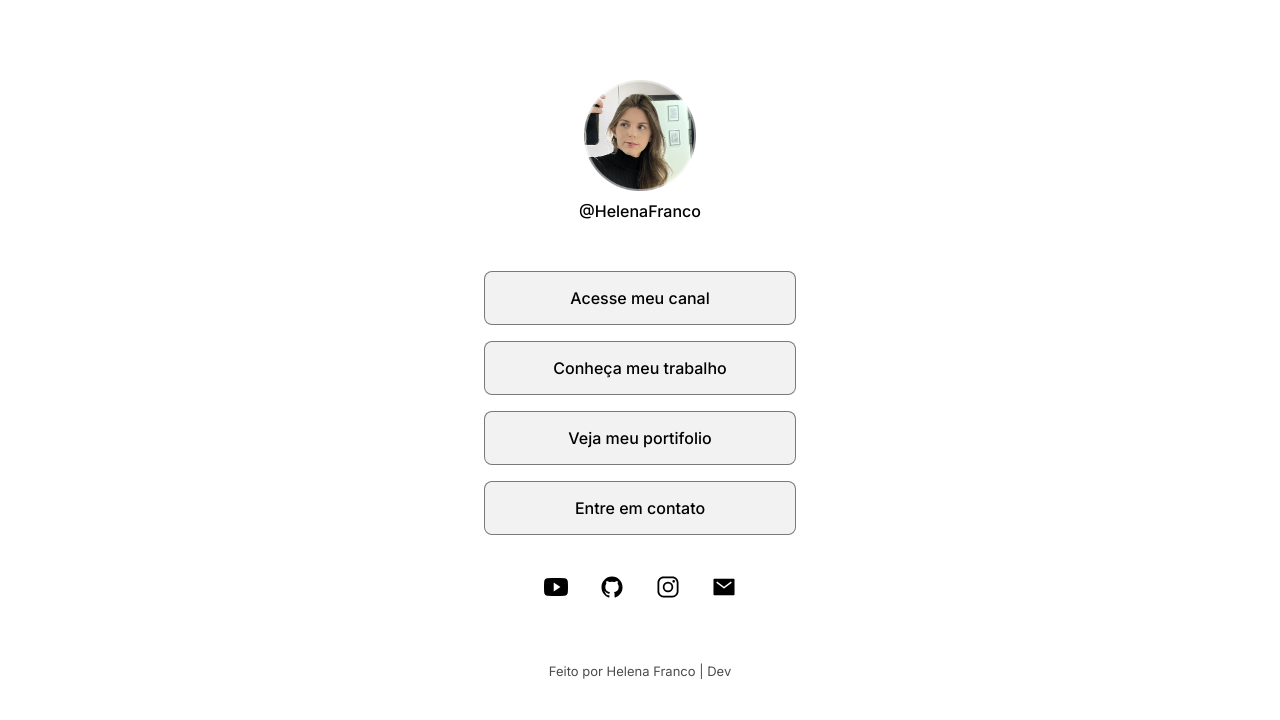
Repository: Fr4nc021/Pagina-de-links-
Page: index.html
An editor plug-in stored every save of this project. The page is shown before and after the next save, followed by the edit.
The browser window is 1280 px wide. The pictures show the whole page.

Above is the page before, as saved 2025-02-13 22:04:31.

### index.html
<!DOCTYPE html>
<html lang="pt-br" class="light">
<head>
    <link rel="preconnect" href="https://fonts.googleapis.com">
    <link rel="preconnect" href="https://fonts.gstatic.com" crossorigin
    >
    <link
    href="https://fonts.googleapis.com/css2?family=Inter:ital,opsz,wght@0,14..32,100..900;1,14..32,100..900&display=swap" rel="stylesheet">


    <meta charset="UTF-8">
    <meta name="viewport" content="width=device-width, initial-scale=1.0">
    <title>DevLinks</title>
    <link rel="stylesheet" href="style.css">
</head>
<body>
    <div id="container">
    <div id="profile">
    <img
        src="./assets/avatar.png"
        alt="Foto da Helena Franco sorrindo">
        <p>@HelenaFranco</p>
    </div>
    <div>
        <ul>
            <li>
                <a href="#" target="_blank">Acesse meu canal</a>
            </li>
            <li>
                <a href="#" target="_blank">Conheça meu trabalho</a>
            </li>
            <li>
                <a href="#" target="_blank">Veja meu portifolio</a>
            </li>
            <li>
                <a href="#" target="_blank">Entre em contato</a>
            </li>
        </ul>
    </div>
        <div id="social-links">
            <a href="https://www.youtube.com/@FR4NC021" target="_blank">
            <ion-icon name="logo-youtube"></ion-icon></a>

            <a href="https://github.com/Fr4nc021" target="_blank">
            <ion-icon name="logo-github"></ion-icon></a>

            <a href="https://www.instagram.com/h.franco__/" target="_blank">
            <ion-icon name="logo-instagram"></ion-icon></a>

            <a href="https://w.app/doczx7" target="_blank">
            <ion-icon name="mail-sharp"></ion-icon></a>
        </div>

        <footer>
            Feito por Helena Franco | Dev
        </footer>
    </div>
    <script
    type="module"
    src="https://unpkg.com/ionicons@7.1.0/dist/ionicons/ionicons.esm.js" ></script>
<script
nomodule
src = "https://unpkg.com/ionicons@7.1.0/dist/ionicons/ionicons.js" ></script>
</body>
</html>

### style.css
* {
    margin: 0%;
    padding: 0%;
    box-sizing: border-box;
}

:root {
    --text-color: white;
    --bg-url: url(./assets/bg-mobile.jpg);
    --strock-color: rgba(255, 255, 255, 0.5);
    --surface-color: rgba(255, 255, 255, 0.1);
    --surface-color-hover: rgba(0, 0, 0, 0.02);
    --highlight-color: rgba(255, 255, 255, 0.2);
}

.light {
    --text-color: black;
    --bg-url: url(./assets/bg-mobile-light.jpg);
    --strock-color: rgba(0, 0, 0, 0.5);
    --surface-color: rgba(0, 0, 0, 0.05);
    --surface-color-hover: rgba(0, 0, 0, 0.02);
    --highlight-color: rgba(0, 0, 0, 0.1);


}

body {
background: --var(--bg-url) no-repeat top center/cover;
color: var(--text-color);
}

body * {
        font-family: "Inter", sans-serif;
        color: var(--text-color);
    }

#container {
    width: 360px;
    margin: 56px auto 0px;
    padding: 0 24px;
}

#profile img {
    width: 112px;
    display: block;
    margin: auto;

}

#profile {
    text-align: center;
    padding: 24px;
}

#profile p {
    font-weight: 500;
    line-height: 24px;
    margin-top: 8px;
}

/* Links */

ul{
    list-style: none;
    display: flex;
    flex-direction: column;
    gap: 16px;

    padding: 24px 0;
}

ul li a {

        display: flex;
        align-items: center;
        justify-content: center;

        padding: 16px 24px;

        background: var(--surface-color);
        border: 1px solid var(--strock-color);
        border-radius: 8px;

        -webkit-backdrop-filter: blur(4px);
        backdrop-filter: blur(4px);

        text-decoration: none;
        font-weight: 500;

        transition: background 0.2s;
    }

    /* pseudo-selector */

    ul li a:hover {
        background: var(--surface-color-hover);
        border: 1.5px solid var(--text-color);
    }

    #social-links {
        display: flex;
        justify-content: center;

        margin-top: 24px 0;

        font-size:24px;
    }

    #social-links a {
        display: flex;
        align-items: center;
        justify-content: center;
        padding: 16px;

        transition: 0.2s;
        border-radius: 50%;
    }


    #social-links a:hover {
        background:--var(--highlight-color);
    }

    footer {
        padding: 24px;
        text-align: center;
        margin-top: 24px;
        font-size: small;
        opacity: 0.7;

    }

After the next save:
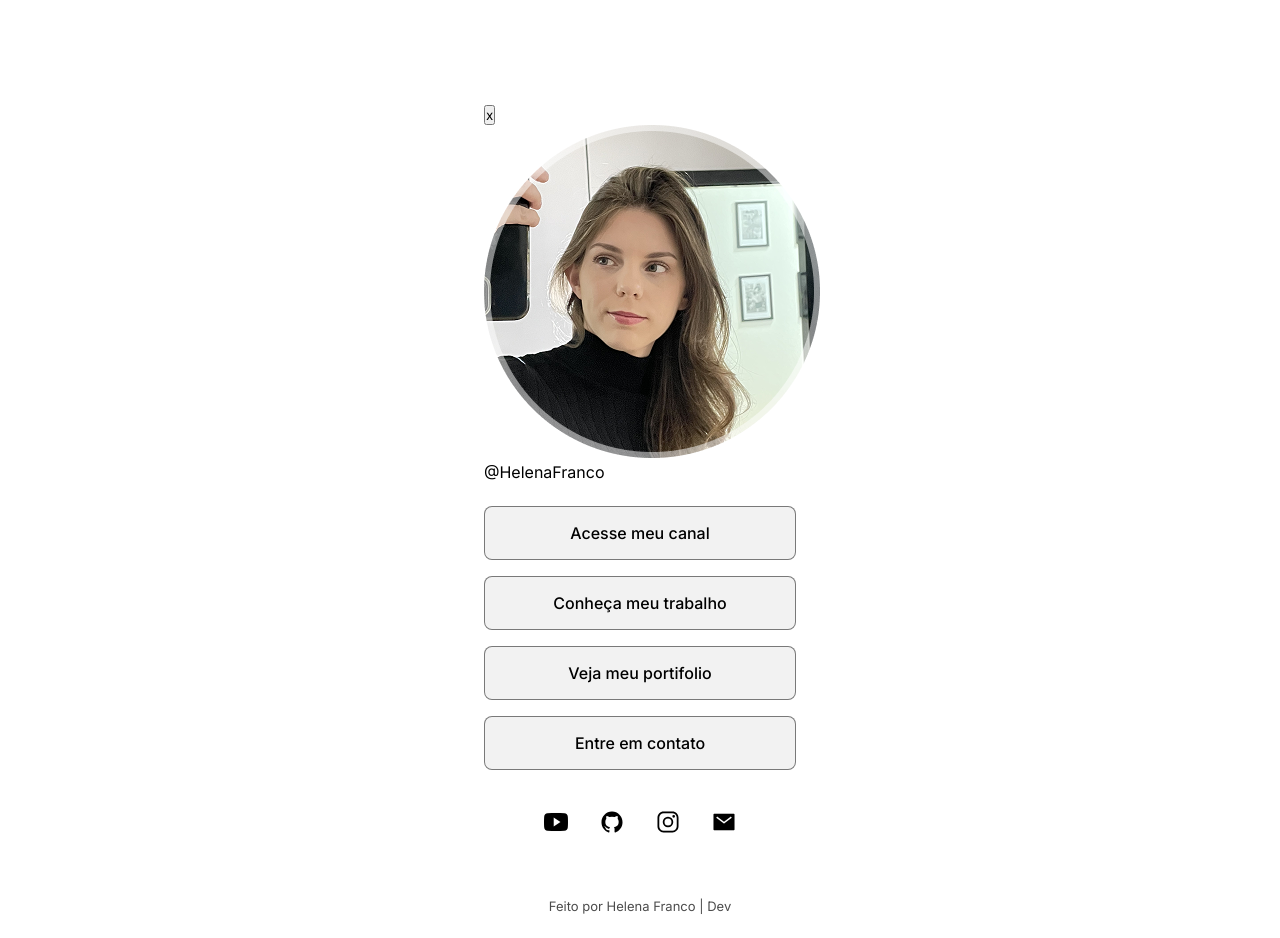
Saved 5 min 50 s later.
--- a/index.html
+++ b/index.html
@@ -16,11 +16,17 @@
 <body>
     <div id="container">
     <div id="profile">
+    </div>
+    <div id="switch">
+        <button>
+            x
+        </button>
+    </div>
     <img
         src="./assets/avatar.png"
         alt="Foto da Helena Franco sorrindo">
         <p>@HelenaFranco</p>
-    </div>
+
     <div>
         <ul>
             <li>
